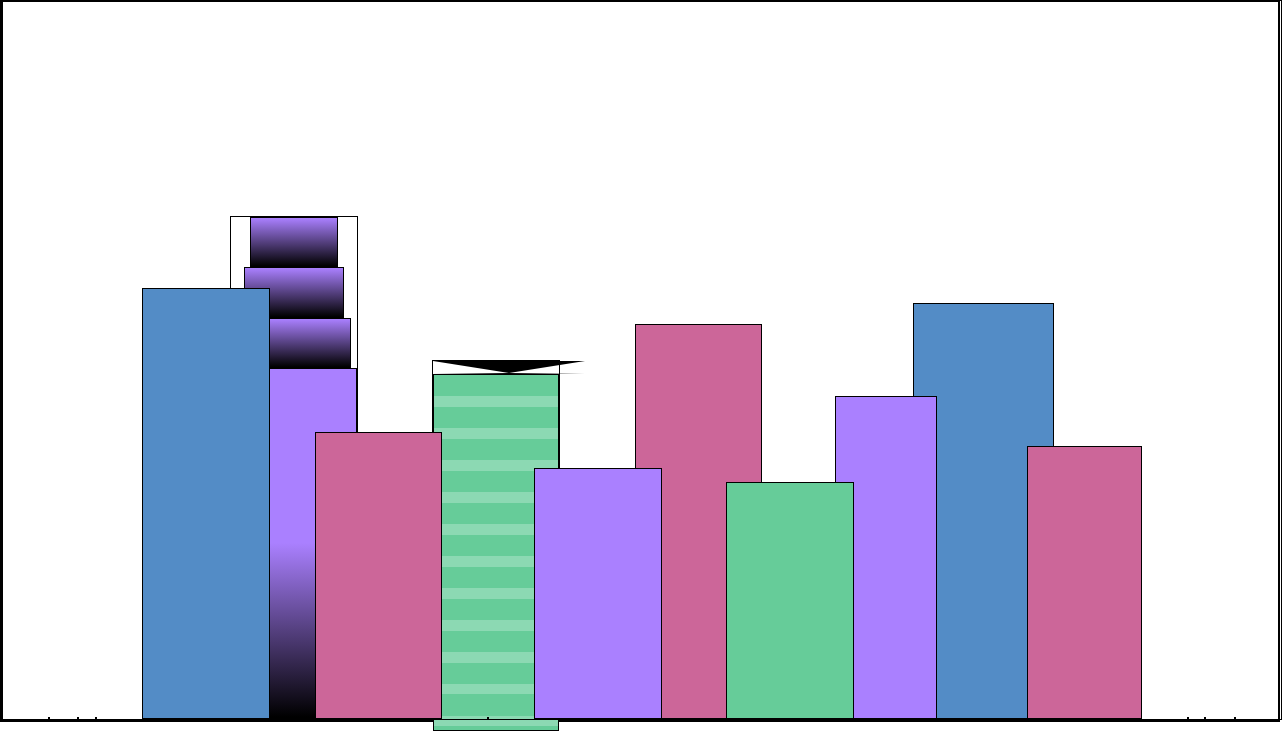
Repository: Lungdjos/city_skyline
Page: index.html
These files come from the project's save history. The page is drawn as it stood at one moment and after the next save; the edit follows.
The browser window is 1280 px wide. The page is 1282 px wide, so the pictures cover 1282 px, including what lies to the right of the window. The pictures show the whole page.

Above is the page before, as saved 2023-12-12 10:56:51.

After the next save:
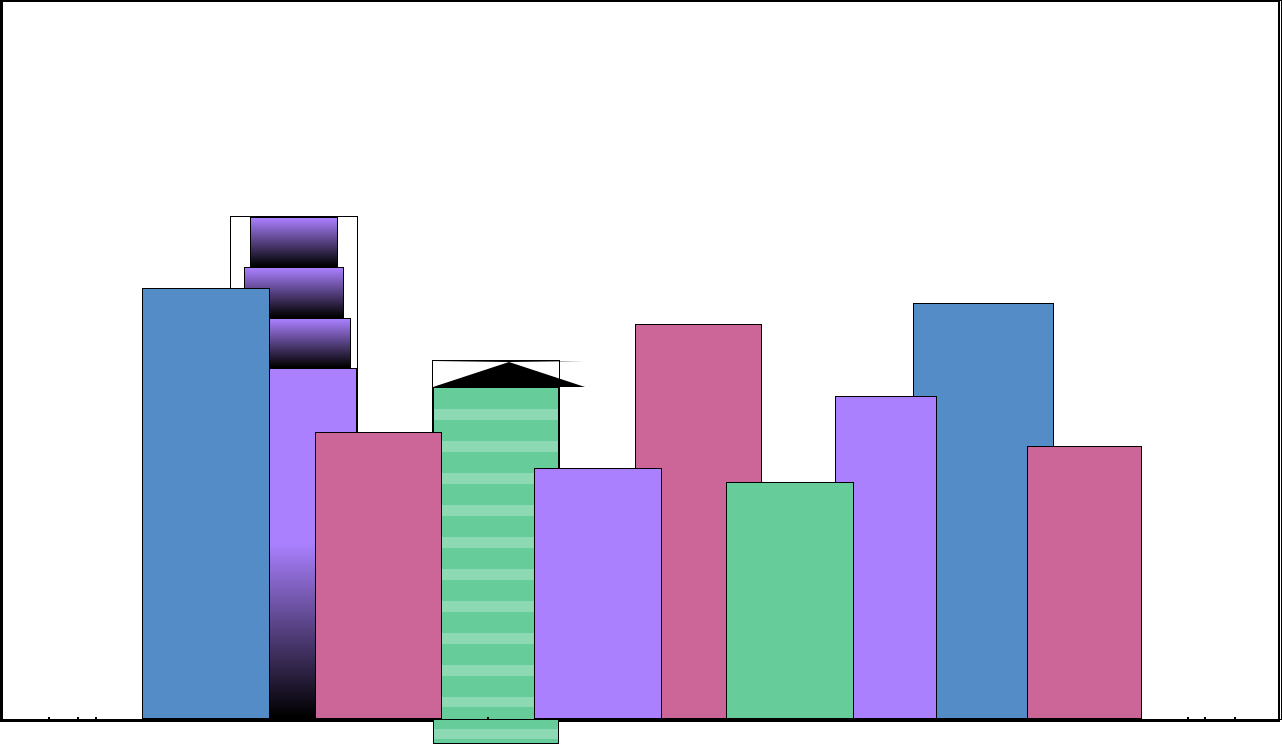
Saved 4 s later.
--- a/styles.css
+++ b/styles.css
@@ -71,9 +71,10 @@
 .bb2a {
     /* margin: auto;
      width: 5vw;
-    height: 5vw; */
+    height: 5vw;
     border-top: 1vw solid #000;
-    */ border-bottom: 2vw solid #000;
+    */
+    border-bottom: 2vw solid #000;
     border-left: 6vw solid transparent;
     border-right: 6vw solid transparent;
 }

After the save that followed:
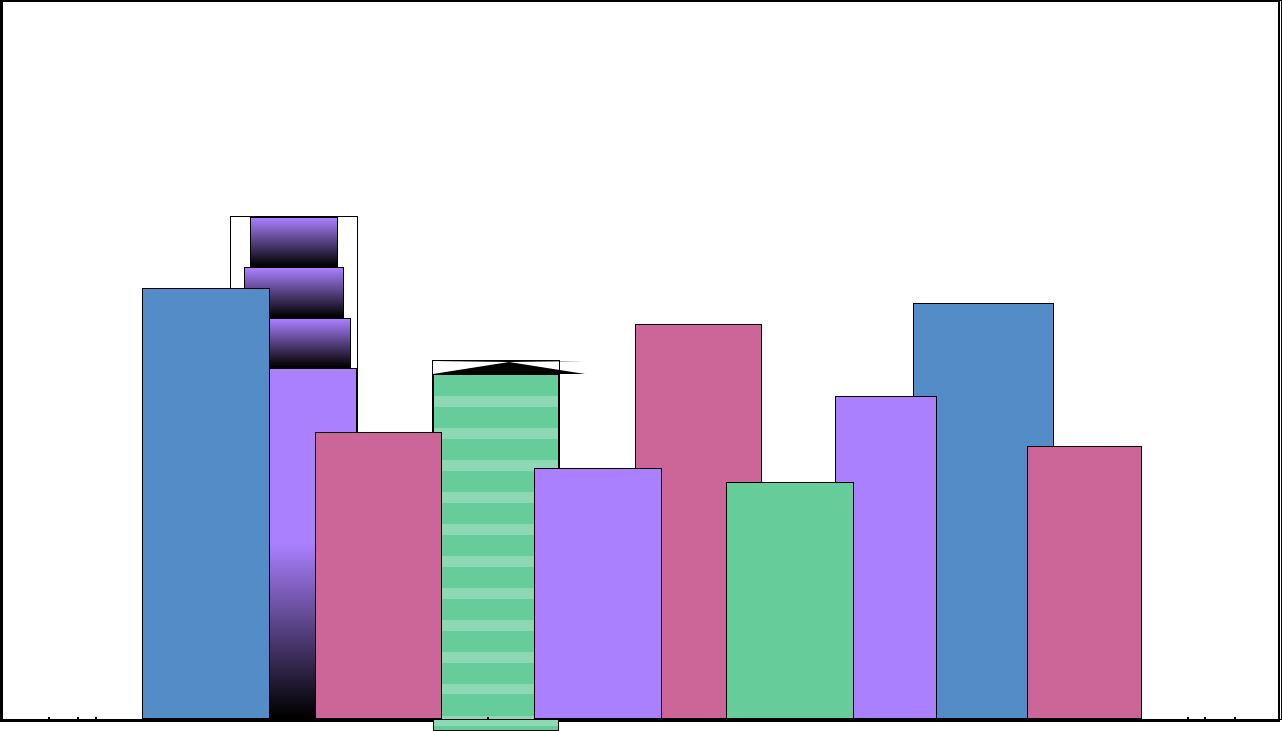
Saved 16 s later.
--- a/styles.css
+++ b/styles.css
@@ -74,7 +74,7 @@
     height: 5vw;
     border-top: 1vw solid #000;
     */
-    border-bottom: 2vw solid #000;
+    border-bottom: 1vw solid #000;
     border-left: 6vw solid transparent;
     border-right: 6vw solid transparent;
 }
